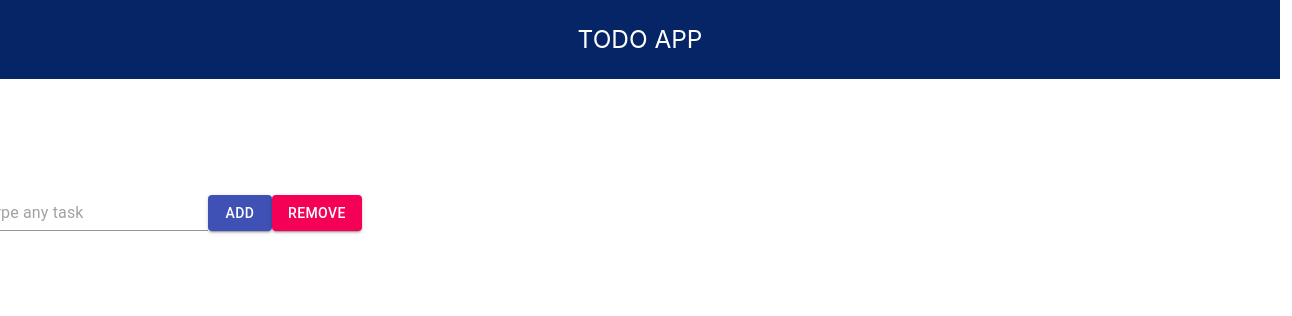
Repository: Shams97/Todo-app
Page: /
An editor plug-in stored every save of this project. The page is shown before and after a run of saves, followed by the edit.
The browser window is 1280 px wide. The page is 1292 px wide, so the pictures cover 1292 px, including what lies to the right of the window. The pictures show the whole page.
The project was rebuilt for these pictures with package versions that can differ from the ones it lists, and the page was loaded fresh each time.

Above is the page before, as saved 2021-06-26 23:37:43.

### src/App.js
import './App.css';
import Tasks from './tasks/tasks';
function App() {
  return (
    <div className="App">
      <header className="App-header">
            <p> TODO APP</p>
      </header>
      <Tasks/>
    </div>
  );
}

export default App;

### src/App.css
.App {
  text-align: center;
}

.App-header {
  background-color: #052566;
  min-height: 10vh;
  display: flex;
  flex-direction: column;
  align-items: center;
  justify-content: center;
  font-size: calc(10px + 2vmin);
  color: white;
  margin-bottom: 10%;
}
.container {
  padding:0% 2%;
}

### src/tasks/tasks.js
import React from "react";
import { Button, Input, Container,Grid } from "@material-ui/core";
export default function Tasks() {
  return (
    <Grid container spacing={3}>
      <Input placeholder="type any task"></Input>
      <Button variant="contained" color="primary">Add</Button>
      <Button variant="contained" color="secondary">Remove</Button>
    </Grid>
  );
}

Loaded but not shown: public/index.html (common file); src/index.js (common file); src/index.css (common file); src/reportWebVitals.js (common file)

After the next 4 saves:
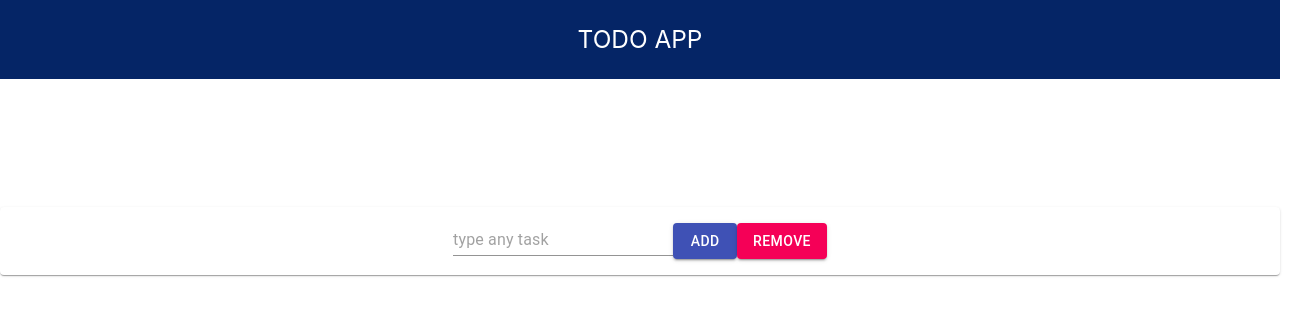
The 4 saves are shown as one change because 3 did not build or start.
The last was saved 5 min 57 s later.
--- a/src/tasks/tasks.js
+++ b/src/tasks/tasks.js
@@ -1,11 +1,34 @@
-import React from "react";
-import { Button, Input, Container,Grid } from "@material-ui/core";
+import React,{ useState } from "react";
+import { makeStyles } from '@material-ui/core/styles';
+import { Button, Input,Grid,Paper } from "@material-ui/core";
+
+const useStyles = makeStyles((theme) => ({
+    root: {
+      flexGrow: 1,
+    },
+    paper: {
+      padding: theme.spacing(2),
+      textAlign: 'center',
+      color: theme.palette.text.secondary,
+    },
+  }));
+
 export default function Tasks() {
+    const classes = useStyles();
+
   return (
-    <Grid container spacing={3}>
-      <Input placeholder="type any task"></Input>
-      <Button variant="contained" color="primary">Add</Button>
-      <Button variant="contained" color="secondary">Remove</Button>
+    <Grid container spacing={3} className={classes.root}>
+      <Grid item xs={12}>
+        <Paper className={classes.paper}>
+          <Input placeholder="type any task"></Input>
+          <Button variant="contained" color="primary">
+            Add
+          </Button>
+          <Button variant="contained" color="secondary">
+            Remove
+          </Button>
+        </Paper>
+      </Grid>
     </Grid>
   );
 }
